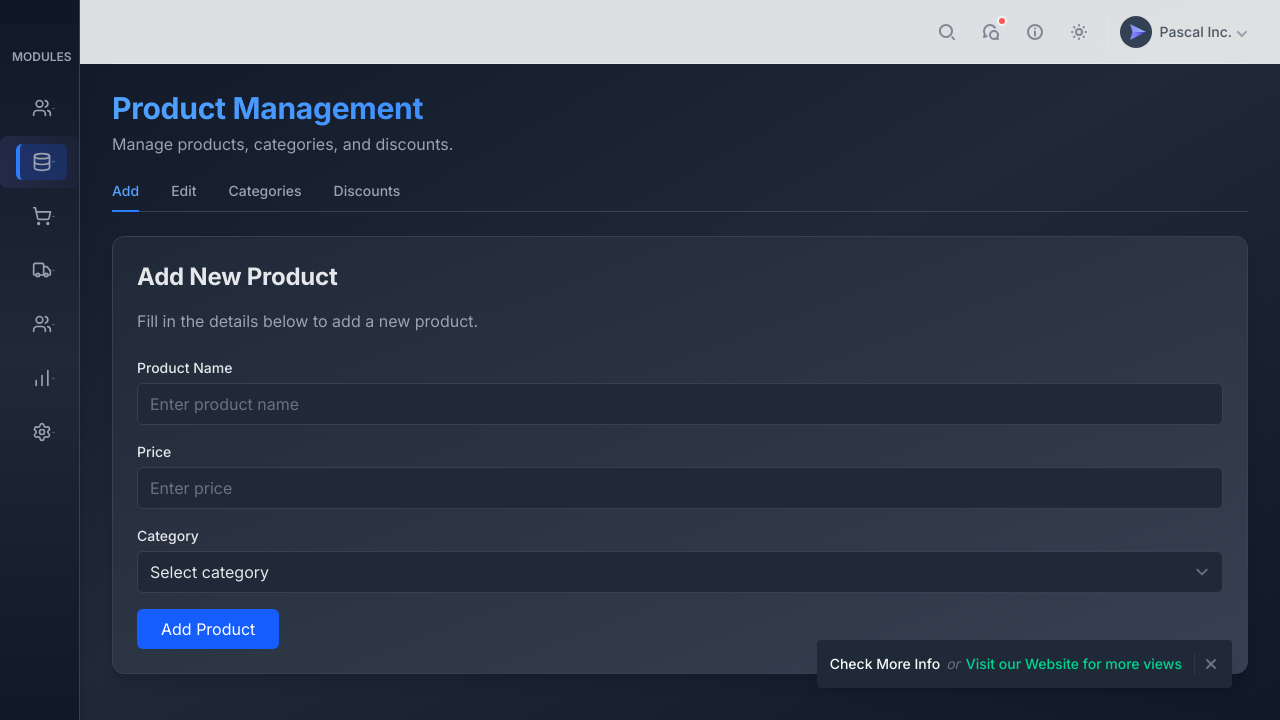
Repository: chykesure/grox-supermarket
Page: /products/add
An editor plug-in stored every save of this project. The page is shown before and after the next save, followed by the edit.
The browser window is 1280 px wide. The pictures show the whole page.
An inner scrolling area shows only its first screen. The project was rebuilt for these pictures with package versions that can differ from the ones it lists, and the page was loaded fresh each time. Also part of the build but not shown: vite.config.js, src/components/DropdownFilter.jsx, src/lib/utils.ts, src/components/ui/calendar.jsx, src/components/ui/popover.jsx, src/components/Datepicker.jsx, src/charts/LineChart01.jsx, src/components/DropdownEditMenu.jsx and 50 more.

Above is the page before, as saved 2025-09-24 12:06:03.

After the next save:
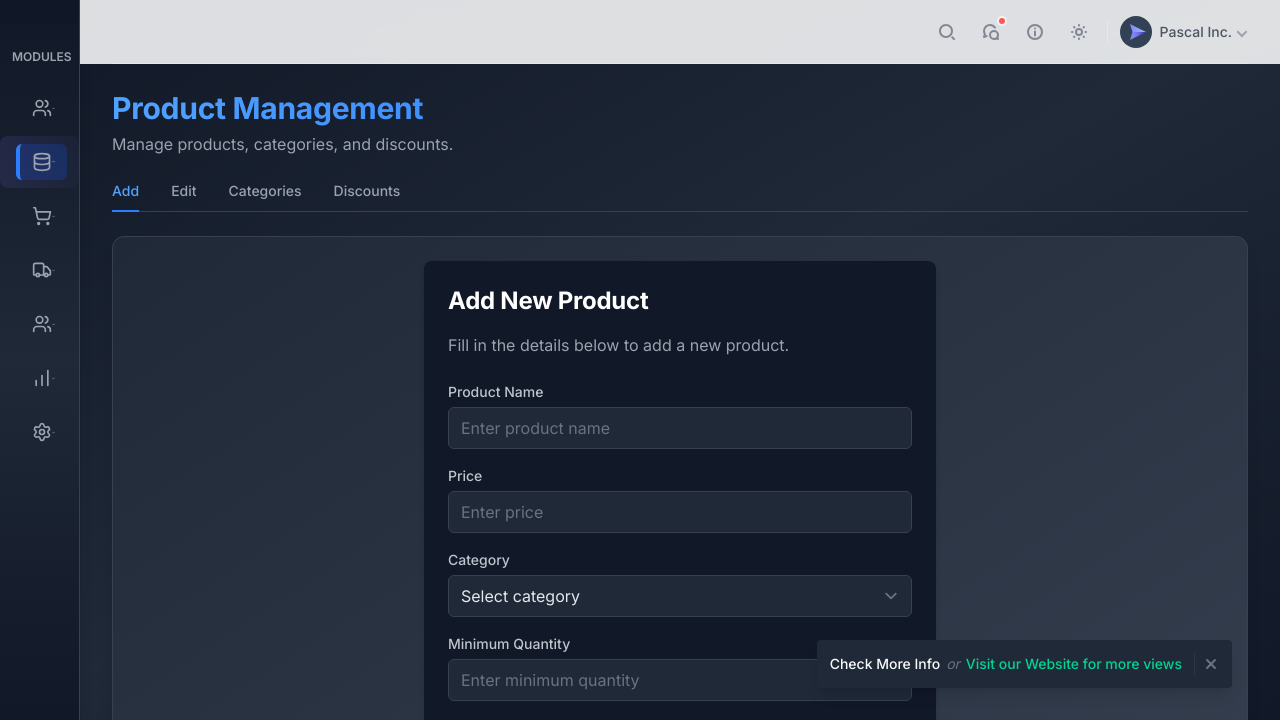
Saved 19 days later.
--- a/src/pages/pos/products/AddProduct.jsx
+++ b/src/pages/pos/products/AddProduct.jsx
@@ -1,39 +1,134 @@
-import React from "react";
+import React, { useState } from "react";
 
 function AddProduct() {
+  const [product, setProduct] = useState({
+    name: "",
+    price: "",
+    category: "",
+    minQty: "",
+    maxQty: "",
+    expiryDate: "",
+  });
+
+  const handleChange = (e) => {
+    const { name, value } = e.target;
+    setProduct({ ...product, [name]: value });
+  };
+
+  const handleSubmit = (e) => {
+    e.preventDefault();
+    console.log("Product added:", product);
+    // TODO: connect with backend API
+  };
+
   return (
-    <div>
-      <h2 className="text-2xl font-bold mb-4">Add New Product</h2>
+    <div className="max-w-lg mx-auto bg-gray-900 p-6 rounded-lg shadow-md">
+      <h2 className="text-2xl font-bold mb-4 text-white">Add New Product</h2>
       <p className="text-gray-400 mb-6">
         Fill in the details below to add a new product.
       </p>
 
-      <form className="space-y-4">
+      <form onSubmit={handleSubmit} className="space-y-4">
+        {/* Product Name */}
         <div>
-          <label className="block text-sm font-medium mb-1">Product Name</label>
+          <label className="block text-sm font-medium mb-1 text-gray-300">
+            Product Name
+          </label>
           <input
             type="text"
+            name="name"
+            value={product.name}
+            onChange={handleChange}
             placeholder="Enter product name"
+            required
             className="w-full px-3 py-2 rounded-md bg-gray-800 border border-gray-700 text-gray-200"
           />
         </div>
 
+        {/* Price */}
         <div>
-          <label className="block text-sm font-medium mb-1">Price</label>
+          <label className="block text-sm font-medium mb-1 text-gray-300">
+            Price
+          </label>
           <input
             type="number"
+            name="price"
+            value={product.price}
+            onChange={handleChange}
             placeholder="Enter price"
+            required
             className="w-full px-3 py-2 rounded-md bg-gray-800 border border-gray-700 text-gray-200"
           />
         </div>
 
+        {/* Category */}
         <div>
-          <label className="block text-sm font-medium mb-1">Category</label>
-          <select className="w-full px-3 py-2 rounded-md bg-gray-800 border border-gray-700 text-gray-200">
+          <label className="block text-sm font-medium mb-1 text-gray-300">
+            Category
+          </label>
+          <select
+            name="category"
+            value={product.category}
+            onChange={handleChange}
+            required
+            className="w-full px-3 py-2 rounded-md bg-gray-800 border border-gray-700 text-gray-200"
+          >
             <option value="">Select category</option>
+            <option value="Food">Food</option>
+            <option value="Drinks">Drinks</option>
+            <option value="Household">Household</option>
+            <option value="Cosmetics">Cosmetics</option>
           </select>
         </div>
 
+        {/* Minimum Quantity */}
+        <div>
+          <label className="block text-sm font-medium mb-1 text-gray-300">
+            Minimum Quantity
+          </label>
+          <input
+            type="number"
+            name="minQty"
+            value={product.minQty}
+            onChange={handleChange}
+            placeholder="Enter minimum quantity"
+            required
+            className="w-full px-3 py-2 rounded-md bg-gray-800 border border-gray-700 text-gray-200"
+          />
+        </div>
+
+        {/* Maximum Quantity */}
+        <div>
+          <label className="block text-sm font-medium mb-1 text-gray-300">
+            Maximum Quantity
+          </label>
+          <input
+            type="number"
+            name="maxQty"
+            value={product.maxQty}
+            onChange={handleChange}
+            placeholder="Enter maximum quantity"
+            required
+            className="w-full px-3 py-2 rounded-md bg-gray-800 border border-gray-700 text-gray-200"
+          />
+        </div>
+
+        {/* Expiry Date */}
+        <div>
+          <label className="block text-sm font-medium mb-1 text-gray-300">
+            Expiry Date
+          </label>
+          <input
+            type="date"
+            name="expiryDate"
+            value={product.expiryDate}
+            onChange={handleChange}
+            required
+            className="w-full px-3 py-2 rounded-md bg-gray-800 border border-gray-700 text-gray-200"
+          />
+        </div>
+
+        {/* Submit Button */}
         <button
           type="submit"
           className="px-6 py-2 bg-blue-600 text-white rounded-md hover:bg-blue-500 transition"
